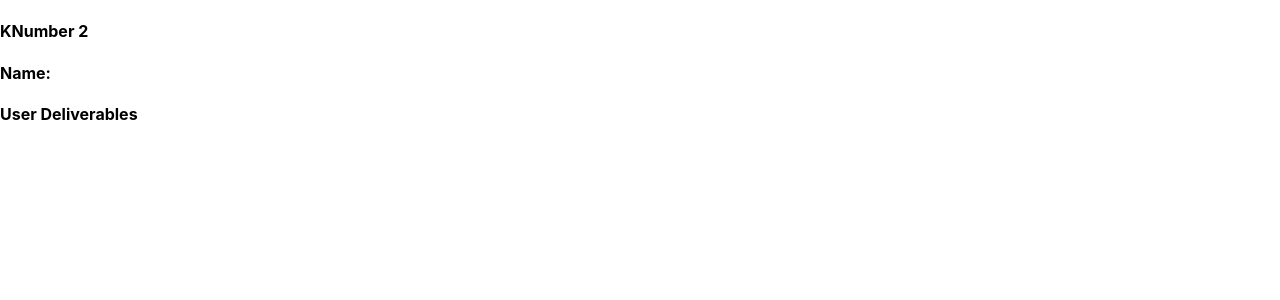
Repository: OKodovbetskyi/ProjectDeliverablesTracking
Page: /admin/associatedeliverable/choosedeliverables/2 (app in frontend/)
The author's editor kept a copy of each file at every save. The page is drawn from the files as they stood at one save, then again after a run of saves.
The browser window is 1280 px wide. The pictures show the whole page.
The project was rebuilt for these pictures with package versions that can differ from the ones it lists, and the page was loaded fresh each time. Also part of the build but not shown: frontend/src/App.css, frontend/src/components/LoginForm/LoginForm.module.css, frontend/src/components/Header/Header.css, frontend/src/components/Header/Header.js, frontend/src/components/LoginForm/LoginForm.js, frontend/src/components/ToolTipDecorator.modules.css, frontend/src/components/ToolTipDecorator.js, frontend/src/components/Panel.css and 38 more. Imported but missing from the stored project, and not drawn on this page: frontend/src/UI/RenderCount, frontend/src/components/HoverDecorator.js, frontend/src/components/Icons.js, frontend/src/components/useDimensions.js.

Above is the page before, as saved 2023-04-04 19:54:46.

After the next 2 saves:
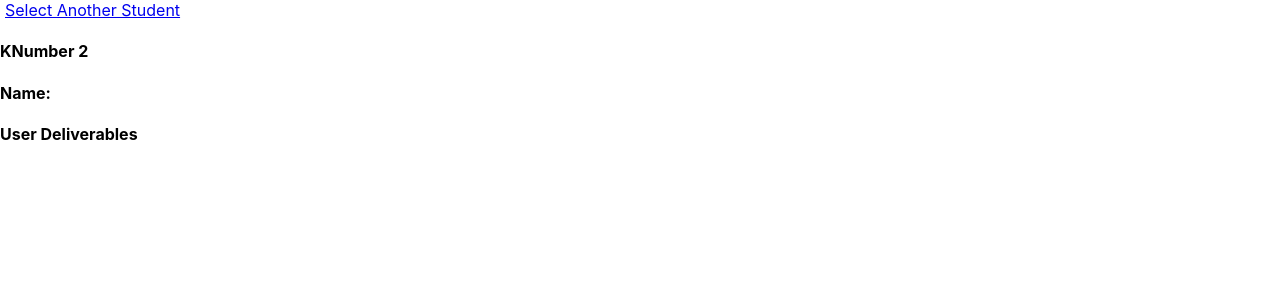
The 2 saves are shown as one change because 1 did not build or start.
The last was saved 63 s later.
--- a/frontend/src/UI/DeliverableAssign.js
+++ b/frontend/src/UI/DeliverableAssign.js
@@ -1,10 +1,11 @@
 import React from 'react'
-import { useParams } from 'react-router-dom'
+import { Link, useParams } from 'react-router-dom'
 const DeliverableAssign = () => {
  const {userID}= useParams();
 
   return (
     <div>
+        <Link to='/admin/associatedeliverable'>Select Another Student</Link>
         <h4>KNumber {userID}</h4>
         <h4>Name: </h4>
         <h4>User Deliverables</h4>
